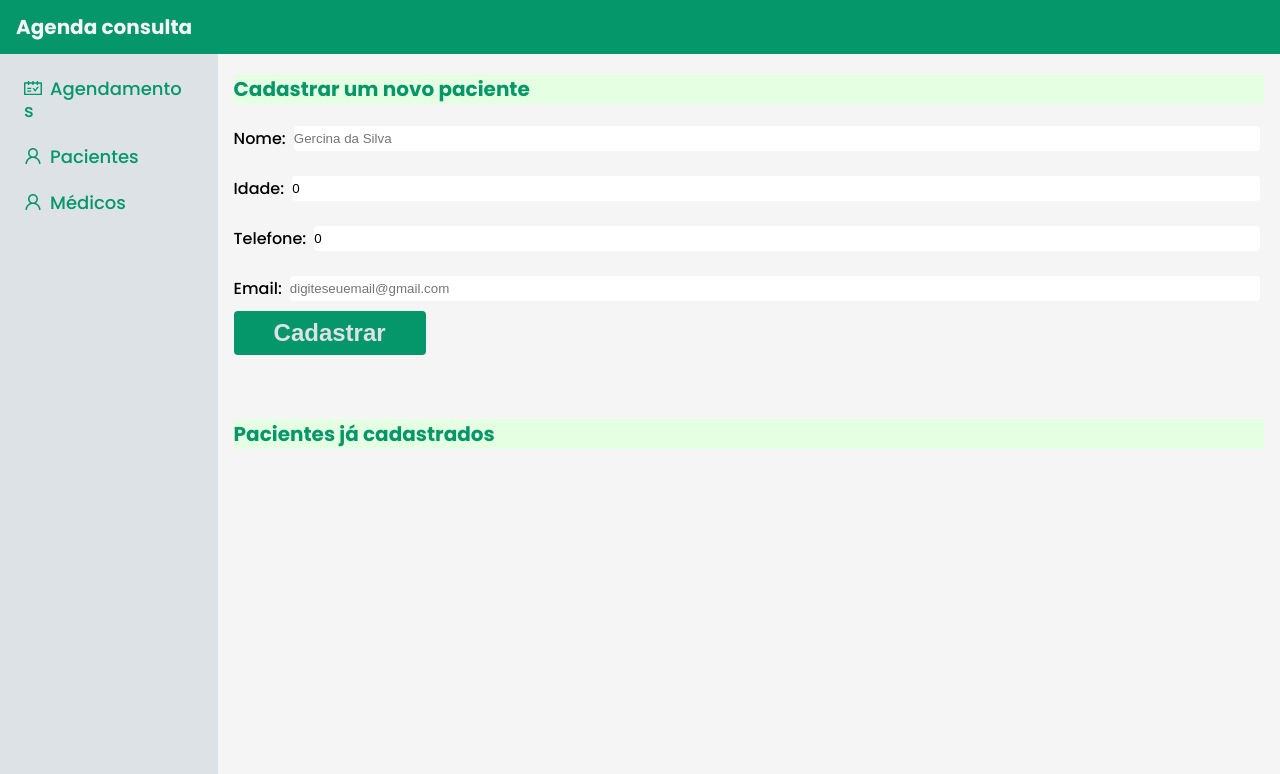
Repository: BarbaraCD/agendaconsulta
Page: /patients
The author's editor kept a copy of each file at every save. The page is drawn from the files as they stood at one save, then again after the next save.
The browser window is 1280 px wide. The pictures show the whole page.
The page's requests for data from a server got no answer. The project was rebuilt for these pictures with package versions that can differ from the ones it lists, and the page was loaded fresh each time. No one was signed in, and anything a server would have sent is missing. Also part of the build but not shown: vite.config.ts, src/styles/StyleList.ts, src/components/Doctors.tsx, src/services/doctor.services.ts, src/components/InputDoctors.tsx, src/components/CreateDoctor.tsx, src/components/Patients.tsx, src/styles/Appointments.ts and 3 more.

Above is the page before, as saved 2023-08-07 09:48:25.

After the next save:
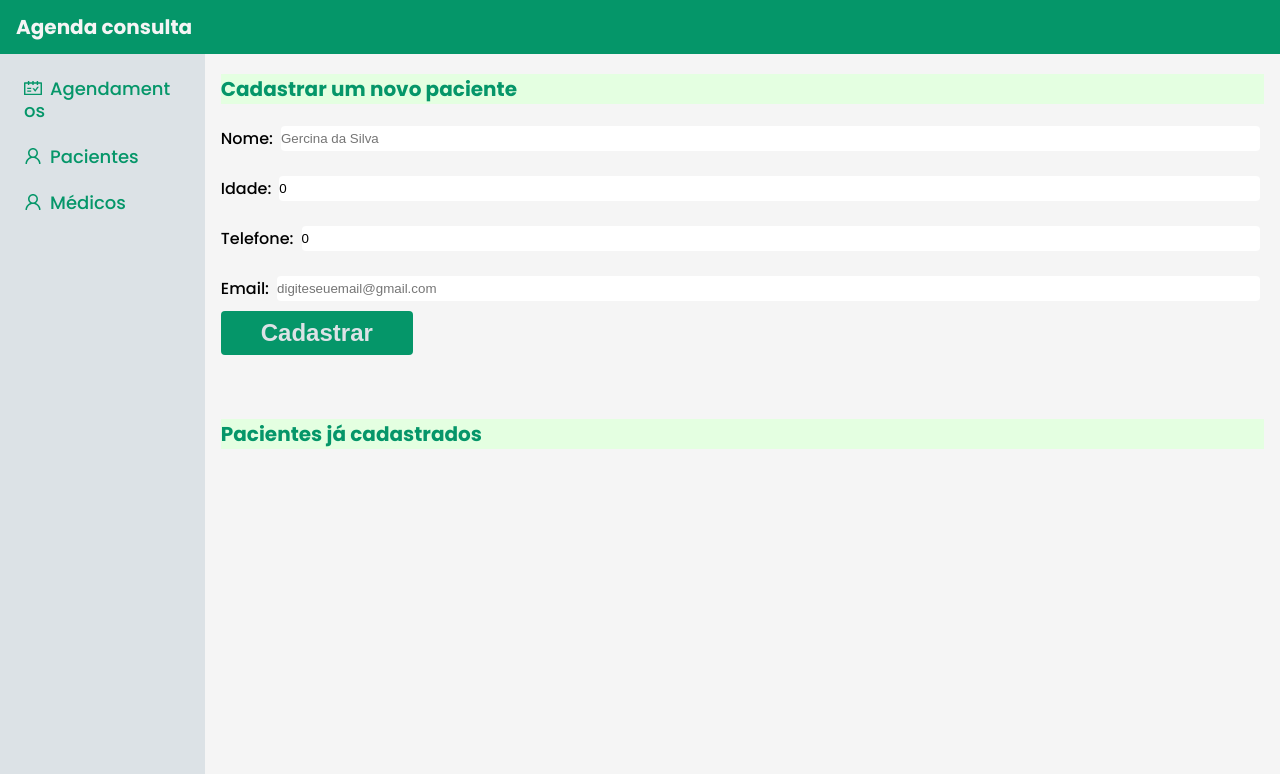
Saved 76 s later.
--- a/src/styles/global.ts
+++ b/src/styles/global.ts
@@ -20,7 +20,7 @@ export const Container = styled.div`
 `
 
 export const SidebarGlobal = styled.div`
-  width: 17%;
+  width: 16%;
 `
 
 export const Content = styled.div`
